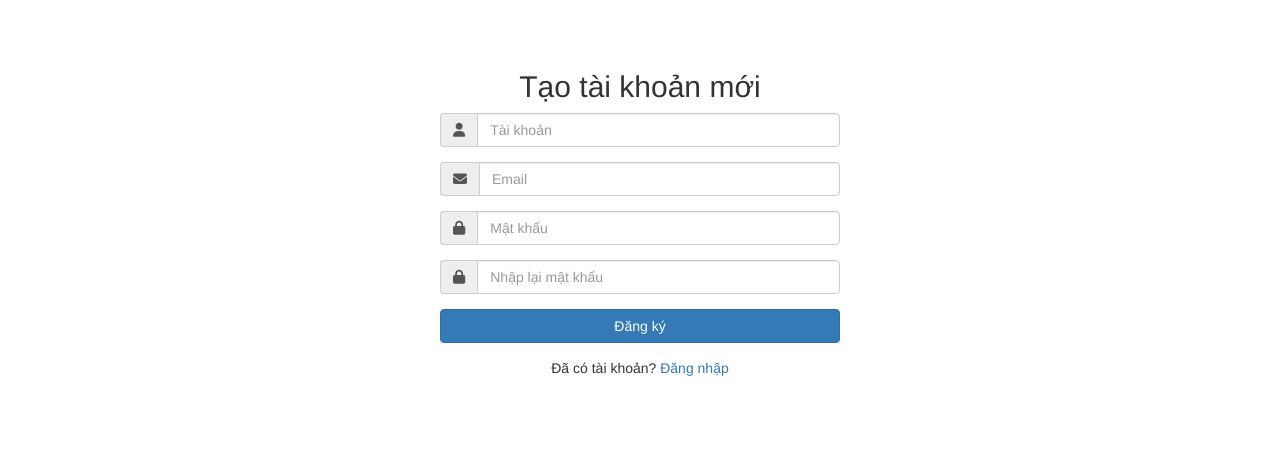
Repository: tm-Quan745/LapTrinhWeb
Page: http://localhost/KetNoiCSDL/decorators/register.jsp
These files come from the project's save history. The page is drawn as it stood at one moment and after the next save; the edit follows.
The browser window is 1280 px wide. The pictures show the whole page.
The page is served by Tomcat 10.

Above is the page before, as saved 2025-08-28 08:18:08.

After the next save:
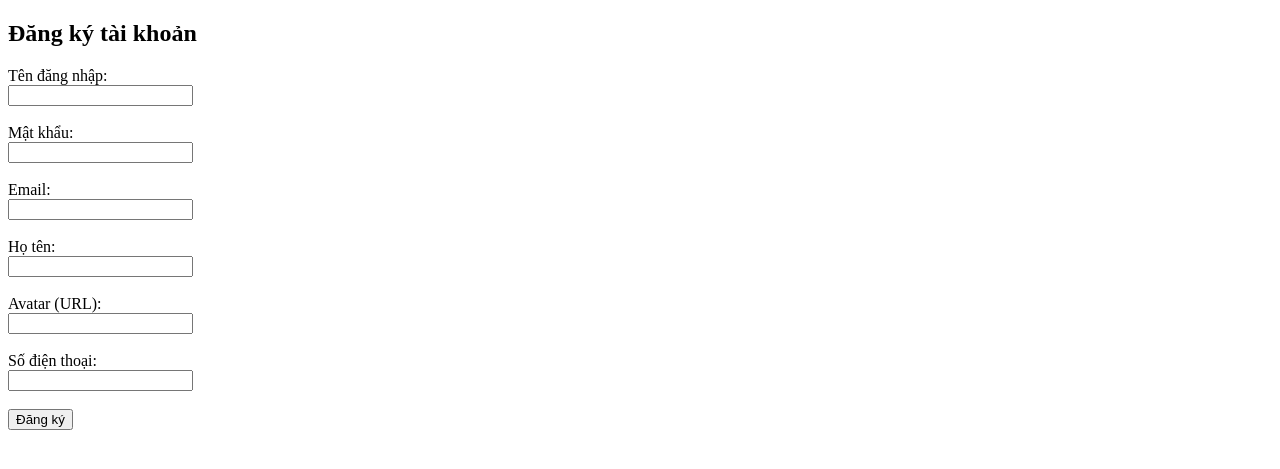
Saved 2 min 51 s later.
--- a/KetNoiCSDL/src/main/webapp/decorators/register.jsp
+++ b/KetNoiCSDL/src/main/webapp/decorators/register.jsp
@@ -1,98 +1,35 @@
-<%@ page contentType="text/html;charset=UTF-8" language="java" %>
-<%@ taglib uri="http://java.sun.com/jsp/jstl/core" prefix="c" %>
-
+<%@ page language="java" contentType="text/html; charset=UTF-8" pageEncoding="UTF-8"%>
 <!DOCTYPE html>
-<html lang="vi">
+<html>
 <head>
     <meta charset="UTF-8">
-    <title>Đăng ký</title>
-    <link rel="stylesheet" href="https://cdnjs.cloudflare.com/ajax/libs/font-awesome/6.4.0/css/all.min.css"/>
-    <link rel="stylesheet" href="https://maxcdn.bootstrapcdn.com/bootstrap/3.4.1/css/bootstrap.min.css"/>
+    <title>Register</title>
 </head>
+<body>
+    <h2>Đăng ký tài khoản</h2>
+    <form action="register" method="post">
+        <label for="username">Tên đăng nhập:</label><br>
+        <input type="text" id="username" name="username" required><br><br>
 
-<body>
-    <div class="container" style="max-width: 400px; margin-top: 50px;">
-        <form action="register" method="post" class="form-horizontal">
-            <h2 class="text-center">Tạo tài khoản mới</h2>
+        <label for="password">Mật khẩu:</label><br>
+        <input type="password" id="password" name="password" required><br><br>
 
-            <!-- Hiển thị thông báo -->
-            <c:if test="${not empty alert}">
-                <div class="alert alert-danger text-center">${alert}</div>
-            </c:if>
+        <label for="email">Email:</label><br>
+        <input type="email" id="email" name="email" required><br><br>
 
-            <!-- Username -->
-            <div class="form-group">
-                <div class="input-group">
-                    <span class="input-group-addon">
-                        <i class="fa fa-user"></i>
-                    </span>
-                    <input
-                        type="text"
-                        name="username"
-                        class="form-control"
-                        placeholder="Tài khoản"
-                        required
-                    >
-                </div>
-            </div>
+        <label for="fullname">Họ tên:</label><br>
+        <input type="text" id="fullname" name="fullname" required><br><br>
 
-            <!-- Email -->
-            <div class="form-group">
-                <div class="input-group">
-                    <span class="input-group-addon">
-                        <i class="fa fa-envelope"></i>
-                    </span>
-                    <input
-                        type="email"
-                        name="email"
-                        class="form-control"
-                        placeholder="Email"
-                        required
-                    >
-                </div>
-            </div>
+        <label for="avatar">Avatar (URL):</label><br>
+        <input type="text" id="avatar" name="avatar"><br><br>
 
-            <!-- Password -->
-            <div class="form-group">
-                <div class="input-group">
-                    <span class="input-group-addon">
-                        <i class="fa fa-lock"></i>
-                    </span>
-                    <input
-                        type="password"
-                        name="password"
-                        class="form-control"
-                        placeholder="Mật khẩu"
-                        required
-                    >
-                </div>
-            </div>
+        <label for="phone">Số điện thoại:</label><br>
+        <input type="text" id="phone" name="phone"><br><br>
 
-            <!-- Confirm Password -->
-            <div class="form-group">
-                <div class="input-group">
-                    <span class="input-group-addon">
-                        <i class="fa fa-lock"></i>
-                    </span>
-                    <input
-                        type="password"
-                        name="confirmPassword"
-                        class="form-control"
-                        placeholder="Nhập lại mật khẩu"
-                        required
-                    >
-                </div>
-            </div>
+        <!-- Role mặc định là user -->
+        <input type="hidden" name="roleid" value="2">
 
-            <!-- Submit -->
-            <div class="form-group text-center">
-                <button type="submit" class="btn btn-primary btn-block">Đăng ký</button>
-            </div>
-
-            <p class="text-center">
-                Đã có tài khoản? <a href="login.jsp">Đăng nhập</a>
-            </p>
-        </form>
-    </div>
+        <button type="submit">Đăng ký</button>
+    </form>
 </body>
 </html>

After the save that followed:
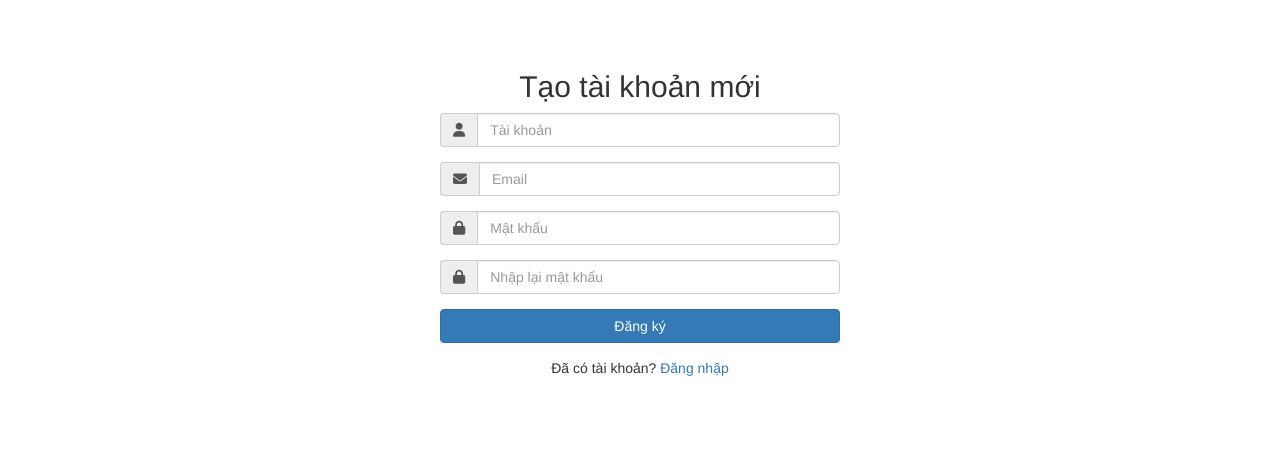
Saved 18 s later.
--- a/KetNoiCSDL/src/main/webapp/decorators/register.jsp
+++ b/KetNoiCSDL/src/main/webapp/decorators/register.jsp
@@ -1,35 +1,98 @@
-<%@ page language="java" contentType="text/html; charset=UTF-8" pageEncoding="UTF-8"%>
+<%@ page contentType="text/html;charset=UTF-8" language="java" %>
+<%@ taglib uri="http://java.sun.com/jsp/jstl/core" prefix="c" %>
+
 <!DOCTYPE html>
-<html>
+<html lang="vi">
 <head>
     <meta charset="UTF-8">
-    <title>Register</title>
+    <title>Đăng ký</title>
+    <link rel="stylesheet" href="https://cdnjs.cloudflare.com/ajax/libs/font-awesome/6.4.0/css/all.min.css"/>
+    <link rel="stylesheet" href="https://maxcdn.bootstrapcdn.com/bootstrap/3.4.1/css/bootstrap.min.css"/>
 </head>
+
 <body>
-    <h2>Đăng ký tài khoản</h2>
-    <form action="register" method="post">
-        <label for="username">Tên đăng nhập:</label><br>
-        <input type="text" id="username" name="username" required><br><br>
+    <div class="container" style="max-width: 400px; margin-top: 50px;">
+        <form action="register" method="post" class="form-horizontal">
+            <h2 class="text-center">Tạo tài khoản mới</h2>
 
-        <label for="password">Mật khẩu:</label><br>
-        <input type="password" id="password" name="password" required><br><br>
+            <!-- Hiển thị thông báo -->
+            <c:if test="${not empty alert}">
+                <div class="alert alert-danger text-center">${alert}</div>
+            </c:if>
 
-        <label for="email">Email:</label><br>
-        <input type="email" id="email" name="email" required><br><br>
+            <!-- Username -->
+            <div class="form-group">
+                <div class="input-group">
+                    <span class="input-group-addon">
+                        <i class="fa fa-user"></i>
+                    </span>
+                    <input
+                        type="text"
+                        name="username"
+                        class="form-control"
+                        placeholder="Tài khoản"
+                        required
+                    >
+                </div>
+            </div>
 
-        <label for="fullname">Họ tên:</label><br>
-        <input type="text" id="fullname" name="fullname" required><br><br>
+            <!-- Email -->
+            <div class="form-group">
+                <div class="input-group">
+                    <span class="input-group-addon">
+                        <i class="fa fa-envelope"></i>
+                    </span>
+                    <input
+                        type="email"
+                        name="email"
+                        class="form-control"
+                        placeholder="Email"
+                        required
+                    >
+                </div>
+            </div>
 
-        <label for="avatar">Avatar (URL):</label><br>
-        <input type="text" id="avatar" name="avatar"><br><br>
+            <!-- Password -->
+            <div class="form-group">
+                <div class="input-group">
+                    <span class="input-group-addon">
+                        <i class="fa fa-lock"></i>
+                    </span>
+                    <input
+                        type="password"
+                        name="password"
+                        class="form-control"
+                        placeholder="Mật khẩu"
+                        required
+                    >
+                </div>
+            </div>
 
-        <label for="phone">Số điện thoại:</label><br>
-        <input type="text" id="phone" name="phone"><br><br>
+            <!-- Confirm Password -->
+            <div class="form-group">
+                <div class="input-group">
+                    <span class="input-group-addon">
+                        <i class="fa fa-lock"></i>
+                    </span>
+                    <input
+                        type="password"
+                        name="confirmPassword"
+                        class="form-control"
+                        placeholder="Nhập lại mật khẩu"
+                        required
+                    >
+                </div>
+            </div>
 
-        <!-- Role mặc định là user -->
-        <input type="hidden" name="roleid" value="2">
+            <!-- Submit -->
+            <div class="form-group text-center">
+                <button type="submit" class="btn btn-primary btn-block">Đăng ký</button>
+            </div>
 
-        <button type="submit">Đăng ký</button>
-    </form>
+            <p class="text-center">
+                Đã có tài khoản? <a href="login.jsp">Đăng nhập</a>
+            </p>
+        </form>
+    </div>
 </body>
 </html>
